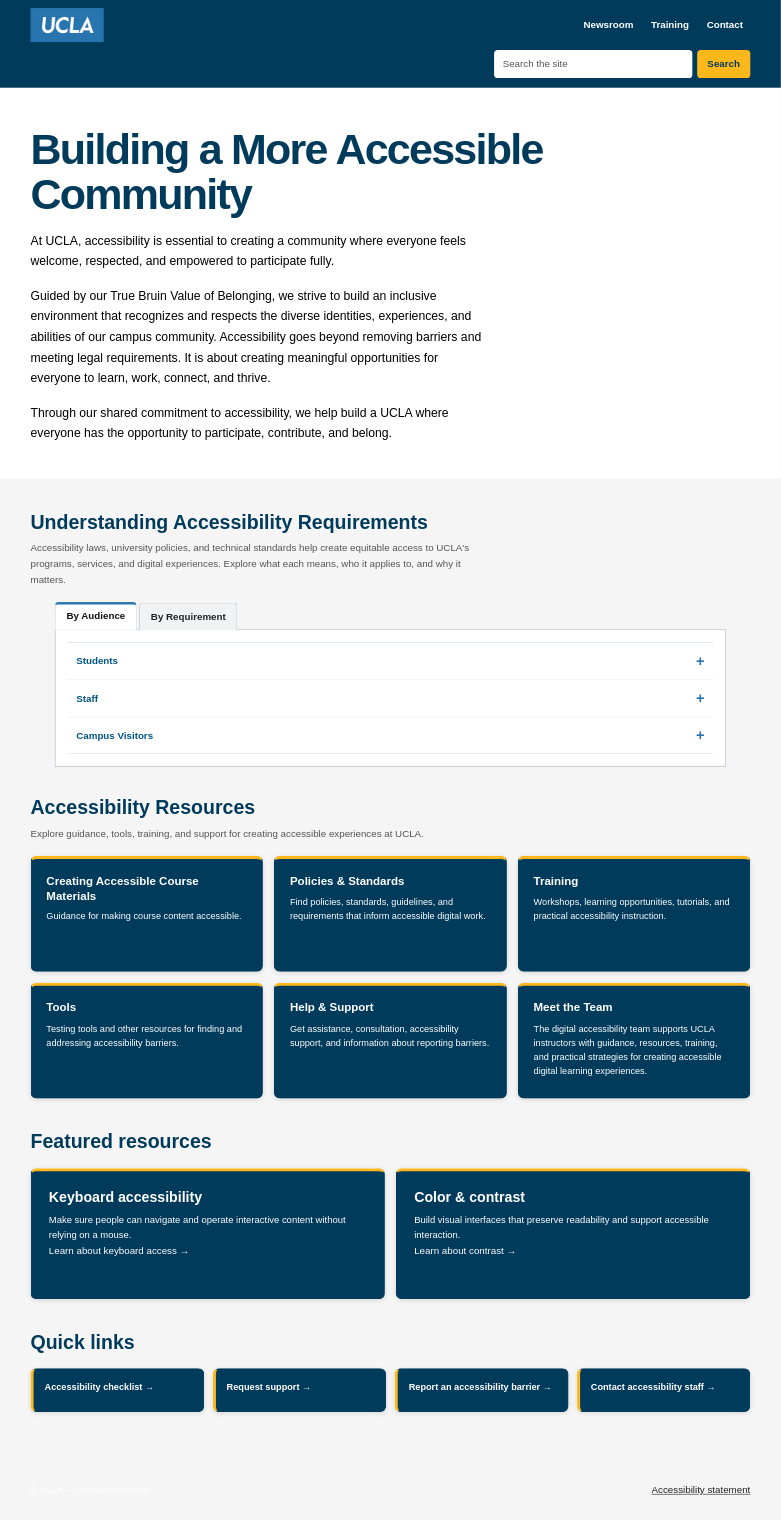
Repository: PSunnywell/UCLA-A11y-barrier-page
Page: index_tabs_with_accordions.html
The author's editor kept a copy of each file at every save. The page is drawn from the files as they stood at one save, then again after the next save.
The browser window is 1280 px wide. The pictures show the whole page, at 61% of full size.

Above is the page before, as saved 2026-10-13 16:55:21.
Not found: search.js

### index_tabs_with_accordions.html
<!DOCTYPE html>
<html lang="en">
<head>
  <meta charset="UTF-8">
  <meta name="viewport" content="width=device-width, initial-scale=1.0">
  <meta name="description" content="Accessibility Resources for UCLA">
  <title>Accessibility Resources</title>
  <link rel="stylesheet" href="styles.css">
  <style>
    /* Classic attached tabs, styled to match the reference image. */
    .requirements-tabs { max-width: 1100px; margin: 1.5rem auto 3rem; font-family: inherit; }
    .requirements-tablist { display: flex; align-items: flex-end; flex-wrap: wrap; gap: 4px; padding: 0; border-bottom: 1px solid #aeb6bf; }
    .requirements-tab { appearance: none; border: 1px solid #b5bac1; border-bottom: 0; border-radius: 6px 6px 0 0; background: #f1f2f4; color: #242424; font: inherit; font-weight: 600; font-size: 1rem; line-height: 1.3; padding: 12px 18px; margin: 0 0 -1px; cursor: pointer; }
    .requirements-tab[aria-selected="true"] { background: #fff; color: #111; border-top: 4px solid #2774ae; padding-top: 9px; border-bottom: 1px solid #fff; position: relative; z-index: 1; }
    .requirements-tab:hover:not([aria-selected="true"]) { background: #e5edf4; }
    .requirements-tab:focus-visible { outline: 3px solid #005587; outline-offset: 2px; z-index: 2; }
    .requirements-tabs > .requirements-panel { border: 1px solid #aeb6bf; border-top: 0; padding: 20px; background: #fff; }
    /* Simple accordion rows inside each top-level tab. */
    .requirements-accordion { border-bottom: 1px solid #c9d1d8; }
    .requirements-accordion:first-child { border-top: 1px solid #c9d1d8; }
    .requirements-accordion summary { cursor: pointer; list-style: none; display: flex; align-items: center; justify-content: space-between; gap: 1rem; padding: 17px 14px; font-weight: 600; color: #005587; background: #fff; }
    .requirements-accordion summary::-webkit-details-marker { display: none; }
    .requirements-accordion summary::after { content: "+"; font-size: 1.5rem; line-height: 1; color: #2774ae; }
    .requirements-accordion[open] summary::after { content: "−"; }
    .requirements-accordion summary:hover { background: #f3f8fc; }
    .requirements-accordion summary:focus-visible { outline: 3px solid #005587; outline-offset: -3px; }
    .requirements-accordion-content { padding: 0 14px 16px; }
    .requirements-panel[hidden] { display: none; }
    .requirements-panel p { line-height: 1.65; max-width: 72ch; margin: 0 0 .8rem; }
    .requirements-panel h3 { color: #005587; margin: 0 0 .65rem; font-size: 1.2rem; }
    @media (max-width: 600px) { .requirements-tab { padding: 10px 12px; font-size: .9rem; } .requirements-tab[aria-selected="true"] { padding-top: 7px; } .requirements-tabs > .requirements-panel { padding: 14px; } }
  </style>
</head>
<body>
  <a class="skip-link" href="#main-content">Skip to main content</a>

  <header class="site-header">
    <div class="header-inner">
      <a class="site-brand" href="ucla.edu" aria-label="UCLA home">
        <img class="site-brand-logo" src="images/logo_UCLA_blue_boxed.png" alt="UCLA">

      </a>
      <nav class="primary-nav" aria-label="Primary navigation">

        <ul>
          <li><a href="https://newsroom.ucla.edu/">Newsroom</a></li>
          <li><a href="training.html">Training</a></li>
          <li><a href="contact.html">Contact</a></li>
        </ul>
      </nav>
    </div>

    <div class="site-search-row">
      <search class="site-search" role="search">
        <form action="search.html" method="get">
          <label for="site-search-input">Search the site</label>
          <input id="site-search-input" name="q" type="search" placeholder="Search the site" autocomplete="off">
          <button type="submit">Search</button>
        </form>
      </search>
    </div>
  </header>


  <!-- =======================================================
       HERO
       ======================================================= -->

  <section class="hero" aria-labelledby="page-title">

    <div class="hero-inner">

            <h1 id="page-title">
       Building a More Accessible Community
      </h1>

      <p>At UCLA, accessibility is essential to creating a community where everyone feels welcome, respected, and empowered to participate fully.</p>

<p>Guided by our True Bruin Value of Belonging, we strive to build an inclusive environment that recognizes and respects the diverse identities, experiences, and abilities of our campus community. Accessibility goes beyond removing barriers and meeting legal requirements. It is about creating meaningful opportunities for everyone to learn, work, connect, and thrive.</p>

<p>Through our shared commitment to accessibility, we help build a UCLA where everyone has the opportunity to participate, contribute, and belong.</p>


    </div>

  </section>


  <!-- =======================================================
       MAIN
       ======================================================= -->

  <main id="main-content">


    <!-- =====================================================
         PRIMARY RESOURCE CARDS
         ===================================================== -->

    <section aria-labelledby="requirements-heading">

      <div class="section-heading">
        <h2 id="requirements-heading">Understanding Accessibility Requirements</h2>
        <p>Accessibility laws, university policies, and technical standards help create equitable access to UCLA's programs, services, and digital experiences. Explore what each means, who it applies to, and why it matters.</p>
      </div>

      <!-- Two main tabs; each contains three native HTML accordions. -->
      <div class="requirements-tabs">
        <div class="requirements-tablist" role="tablist" aria-label="Browse accessibility requirements">
          <button type="button" class="requirements-tab" id="tab-audience" role="tab" aria-selected="true" aria-controls="panel-audience" tabindex="0">By Audience</button>
          <button type="button" class="requirements-tab" id="tab-requirement" role="tab" aria-selected="false" aria-controls="panel-requirement" tabindex="-1">By Requirement</button>
        </div>

        <div class="requirements-panel" id="panel-audience" role="tabpanel" aria-labelledby="tab-audience" tabindex="0">
          <details class="requirements-accordion">
            <summary>Students</summary>
            <div class="requirements-accordion-content">
              <p>Explore accessibility rights, accommodations, and resources that support participation in courses, campus programs, and university life.</p>
            </div>
          </details>
          <details class="requirements-accordion">
            <summary>Staff</summary>
            <div class="requirements-accordion-content">
              <p>Learn about accessibility responsibilities and support for university workplaces, services, communications, and digital content.</p>
            </div>
          </details>
          <details class="requirements-accordion">
            <summary>Campus Visitors</summary>
            <div class="requirements-accordion-content">
              <p>Find information about access to campus spaces, events, programs, and services when visiting UCLA.</p>
            </div>
          </details>
        </div>
        <div class="requirements-panel" id="panel-requirement" role="tabpanel" aria-labelledby="tab-requirement" tabindex="0" hidden>
          <details class="requirements-accordion">
            <summary>Laws &amp; Regulations</summary>
            <div class="requirements-accordion-content">
              <p>Federal and state requirements, including the ADA and Section 504, establish rights and obligations related to equal access and nondiscrimination.</p>
            </div>
          </details>
          <details class="requirements-accordion">
            <summary>UC Policies</summary>
            <div class="requirements-accordion-content">
              <p>University of California policies describe institutional expectations, responsibilities, and procedures. Check each policy for its scope and applicability.</p>
            </div>
          </details>
          <details class="requirements-accordion">
            <summary>Standards</summary>
            <div class="requirements-accordion-content">
              <p>Technical criteria, such as the Web Content Accessibility Guidelines (WCAG), help teams design and evaluate accessible experiences. Applicable requirements determine which standards are mandatory.</p>
            </div>
          </details>
        </div>
      </div>

      <div class="section-heading">
        <h2 id="resources-heading">Accessibility Resources</h2>
        <p>Explore guidance, tools, training, and support for creating accessible experiences at UCLA.</p>
      </div>

      <div class="card-grid">

        <!-- CARD 1 -->
        <a
          class="resource-card is-dark"
          href="accessible-course-materials1004.html"
        >
          <h3>
            Creating Accessible Course Materials
          </h3>

          <p>
            Guidance for making course content accessible.
          </p>
        </a>



        <!-- CARD 2 -->
        <a
          class="resource-card is-dark"
          href="policies.html"
        >

          <h3>
            Policies & Standards
          </h3>

          <p>
            Find policies, standards, guidelines, and
            requirements that inform accessible digital work.
          </p>
        </a>


        <!-- CARD 3 -->
        <a
          class="resource-card is-dark"
          href="training.html"
        >
          <h3>
            Training
          </h3>

          <p>
            Workshops, learning opportunities, tutorials,
            and practical accessibility instruction.
          </p>
        </a>


        <!-- CARD 4 -->
        <a
          class="resource-card is-dark"
          href="tools.html"
        >
          <h3>
            Tools
          </h3>

          <p>
            Testing tools and other resources for finding
            and addressing accessibility barriers.
          </p>
        </a>


        <!-- CARD 5 -->
        <a
          class="resource-card is-dark"
          href="support.html" >
          <h3>
            Help & Support
          </h3>

          <p>
            Get assistance, consultation, accessibility
            support, and information about reporting barriers.
          </p>
        </a>

         <!-- CARD 6 -->
        <a
          class="resource-card is-dark"
          href="meet-the-team-wide-cards.html"
        >
          <h3>
            Meet the Team
          </h3>

          <p>
            The digital accessibility team supports UCLA instructors with guidance, resources, training, and practical strategies for creating accessible digital learning experiences.
          </p>
        </a>



      </div>

    </section>
<br>
<br>

    <!-- =====================================================
         FEATURED CONTENT
         ===================================================== -->

    <section aria-labelledby="featured-heading">

      <div class="section-heading">

        <h2 id="featured-heading">
          Featured resources
        </h2>

      </div>


      <div class="feature-grid">


        <a
          class="feature-card blue"
          href="keyboard-accessibility.html"
        >

          <h3>
            Keyboard accessibility
          </h3>

          <p>
            Make sure people can navigate and operate
            interactive content without relying on a mouse.
          </p>

          <span class="card-arrow" aria-hidden="true">
            Learn about keyboard access →
          </span>

        </a>


        <a
          class="feature-card gold"
          href="color-contrast.html"
        >

          <h3>
            Color & contrast
          </h3>

          <p>
            Build visual interfaces that preserve
            readability and support accessible interaction.
          </p>

          <span class="card-arrow" aria-hidden="true">
            Learn about contrast →
          </span>

        </a>

      </div>

    </section>
<br>
<br>

    <!-- =====================================================
         QUICK LINKS
         ===================================================== -->

    <section aria-labelledby="quick-heading">

      <div class="section-heading">

        <h2 id="quick-heading">
          Quick links
        </h2>

      </div>


      <div class="quick-links">

        <a
          class="quick-link"
          href="checklist.html"
        >
          Accessibility checklist →
        </a>

        <a
          class="quick-link"
          href="request-support.html"
        >
          Request support →
        </a>

        <a
          class="quick-link"
          href="report-barrier.html"
        >
          Report an accessibility barrier →
        </a>

        <a
          class="quick-link"
          href="contact.html"
        >
          Contact accessibility staff →
        </a>

      </div>

    </section>

  </main>


  <!-- =======================================================
       FOOTER
       ======================================================= -->

  <footer>

    <div class="footer-inner">

      <p>
        © UCLA — Digital Accessibility
      </p>

      <a
        class="footer-link"
        href="accessibility.html"
      >
        Accessibility statement
      </a>

    </div>

  </footer>

<script src="search.js" defer></script>
  <script>
    // Accessible keyboard navigation for the two main tabs.
    document.querySelectorAll('.requirements-tablist').forEach(tablist => {
      const tabs = Array.from(tablist.querySelectorAll(':scope > [role="tab"]'));
      function activate(tab, moveFocus = false) {
        tabs.forEach(item => {
          const selected = item === tab;
          item.setAttribute('aria-selected', String(selected));
          item.tabIndex = selected ? 0 : -1;
          document.getElementById(item.getAttribute('aria-controls')).hidden = !selected;
        });
        if (moveFocus) tab.focus();
      }
      tabs.forEach((tab, index) => {
        tab.addEventListener('click', () => activate(tab));
        tab.addEventListener('keydown', event => {
          let next;
          if (event.key === 'ArrowRight') next = (index + 1) % tabs.length;
          else if (event.key === 'ArrowLeft') next = (index - 1 + tabs.length) % tabs.length;
          else if (event.key === 'Home') next = 0;
          else if (event.key === 'End') next = tabs.length - 1;
          else return;
          event.preventDefault();
          activate(tabs[next], true);
        });
      });
    });
  </script>
</body>
</html>

Loaded but not shown: styles.css (312 lines, source omitted)

After the next save:
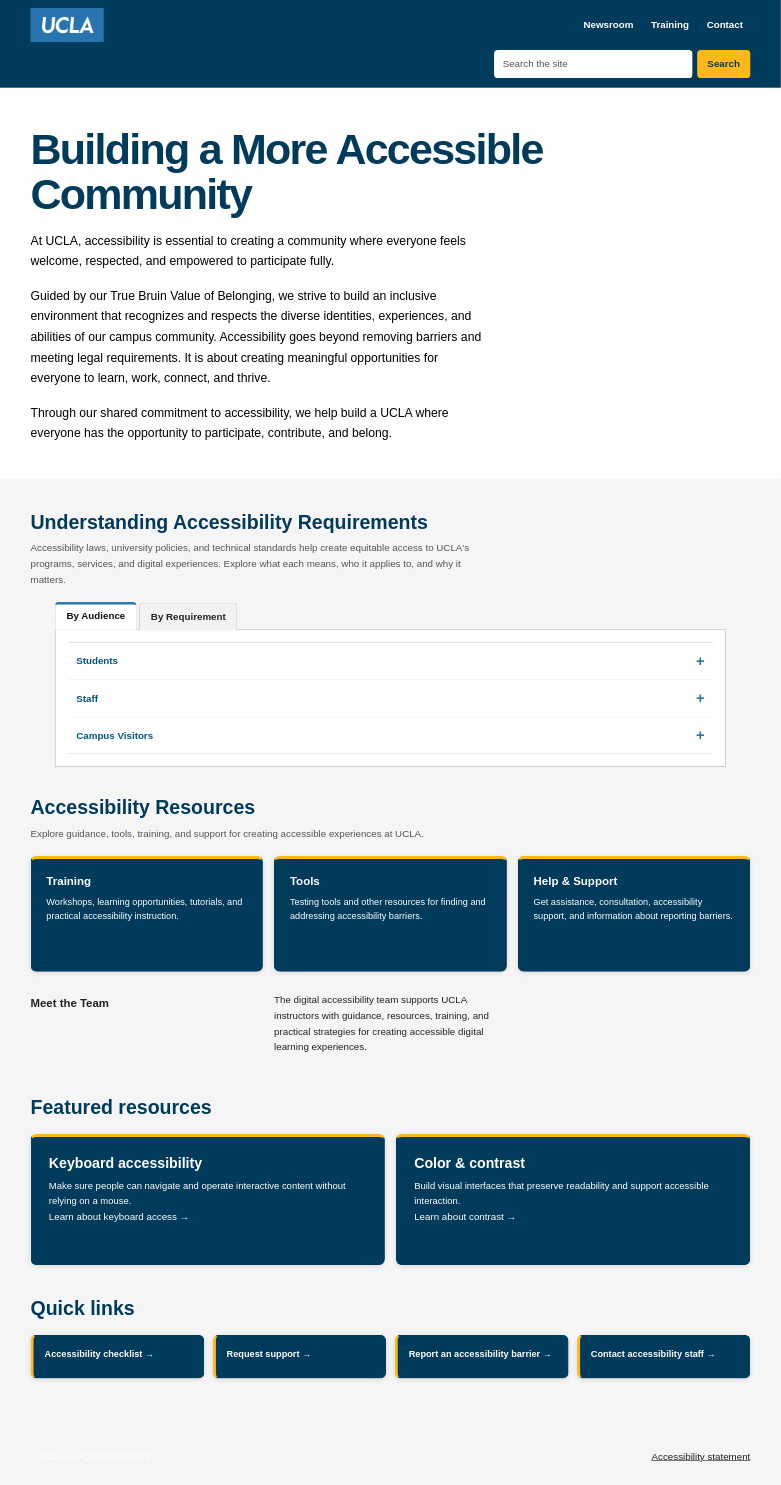
Saved 13 min 6 s later.
--- a/index_tabs_with_accordions.html
+++ b/index_tabs_with_accordions.html
@@ -166,50 +166,18 @@
           href="accessible-course-materials1004.html"
         >
           <h3>
-            Creating Accessible Course Materials
-          </h3>
-
-          <p>
-            Guidance for making course content accessible.
+           Training
+          </h3>
+
+          <p>
+             Workshops, learning opportunities, tutorials,
+            and practical accessibility instruction.
           </p>
         </a>
 
 
 
         <!-- CARD 2 -->
-        <a
-          class="resource-card is-dark"
-          href="policies.html"
-        >
-
-          <h3>
-            Policies & Standards
-          </h3>
-
-          <p>
-            Find policies, standards, guidelines, and
-            requirements that inform accessible digital work.
-          </p>
-        </a>
-
-
-        <!-- CARD 3 -->
-        <a
-          class="resource-card is-dark"
-          href="training.html"
-        >
-          <h3>
-            Training
-          </h3>
-
-          <p>
-            Workshops, learning opportunities, tutorials,
-            and practical accessibility instruction.
-          </p>
-        </a>
-
-
-        <!-- CARD 4 -->
         <a
           class="resource-card is-dark"
           href="tools.html"
@@ -224,8 +192,7 @@
           </p>
         </a>
 
-
-        <!-- CARD 5 -->
+        <!-- CARD 3 -->
         <a
           class="resource-card is-dark"
           href="support.html" >
@@ -239,11 +206,7 @@
           </p>
         </a>
 
-         <!-- CARD 6 -->
-        <a
-          class="resource-card is-dark"
-          href="meet-the-team-wide-cards.html"
-        >
+
           <h3>
             Meet the Team
           </h3>
